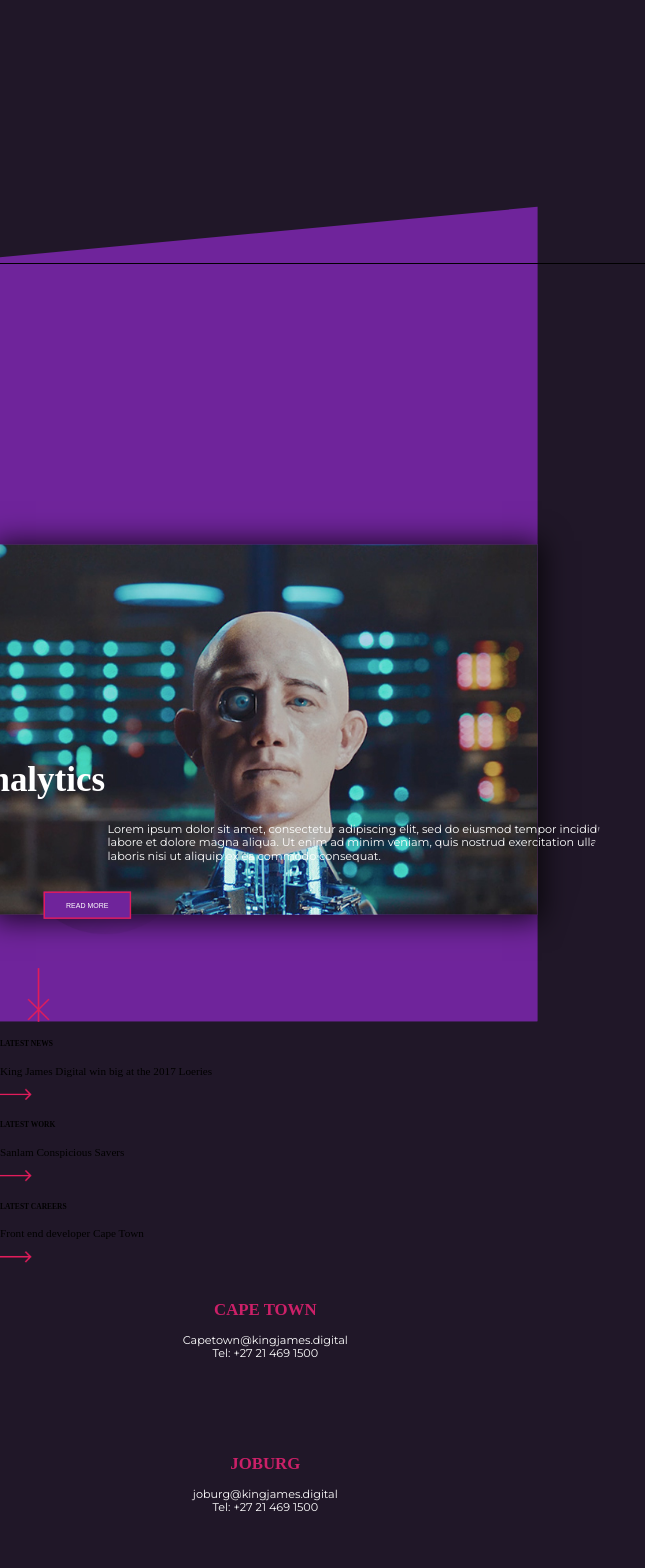
Repository: Ajtheult/King-James-Site
Page: index.html
The author's editor kept a copy of each file at every save. The page is drawn from the files as they stood at one save, then again after the next save.
The browser window is 768 px wide. The page is 922 px wide, then 768 px, so the pictures cover 922 px, including what lies to the right of the window. The pictures show the part of the page from y = 2528 to 4768 px (the page is 5216 px tall), at 70% of full size.
The style sheet was rebuilt from its Sass, Less or Tailwind sources for each picture, by a compiler version that may differ from the author's.

Above is the page before, as saved 2020-08-24 14:40:24.

### index.html
<!DOCTYPE html>
<html lang="en">
  <head>
    <meta charset="UTF-8" />
    <meta name="viewport" content="width=device-width, initial-scale=1.0" />
    <!-- Font Awesome -->
    <link
      rel="stylesheet"
      href="https://use.fontawesome.com/releases/v5.7.2/css/all.css"
      integrity="sha384-fnmOCqbTlWIlj8LyTjo7mOUStjsKC4pOpQbqyi7RrhN7udi9RwhKkMHpvLbHG9Sr"
      crossorigin="anonymous"
    />
    <!-- Font Awesome -->
    <!-- Fonts -->
    <link
      href="https://fonts.googleapis.com/css2?family=Playfair+Display&display=swap"
      rel="stylesheet"
    />
    <link
      href="https://fonts.googleapis.com/css2?family=Montserrat&display=swap"
      rel="stylesheet"
    />
    <!-- Fonts -->
    <link rel="stylesheet" href="./styling/index.css" />
    <title>King James</title>
  </head>
  <body>
    <!-- Sidenav -->
    <div id="mySidebar" class="sidebar">
      <a href="#" class="closebtn" onclick="closeNav()">×</a>
      <a href="#">About</a>
      <a href="#">Services</a>
      <a href="#">Clients</a>
      <a href="#">Contact</a>
    </div>
    <!-- Sidenav -->
    <div class="box">
      <img
        src="./kjd-fontend-test-files/menu.png"
        class="move_icon"
        onclick="openNav()"
        alt="menu"
      />
      <img
        src="./kjd-fontend-test-files/kjd-assets/kjd-logo.png"
        alt="img"
        class="heading"
      />
      <img
        src="./kjd-fontend-test-files/kjd-assets/arrow-down.png"
        alt=""
        srcset=""
        class="white_arrow"
      />
    </div>

    <div class="box_two">
      <div>
        We offer an interconnected set of services to help our clients respond
        to the disruptions and seize the opportunities of the digital age.
        <button type="button">ABOUT US</button>
        <img
          src="./kjd-fontend-test-files/kjd-assets/arrow-right.png"
          alt="arrow"
          class="arrow_by_button"
        />
      </div>
    </div>
    <!-- Second section -->
    <div class="box_three">
      <img
        src="./kjd-fontend-test-files/kjd-assets/missing.png"
        alt="cross"
        class="move_cross"
      />
      <div class="text-box">
        <h1 class="title">Advertising communications</h1>
        <p>
          Lorem ipsum dolor sit amet, consectetur adipiscing elit, sed do
          eiusmod tempor incididunt ut labore et dolore magna aliqua. Ut enim ad
          minim veniam, quis nostrud exercitation ullamco laboris nisi ut
          aliquip ex ea commodo consequat.
        </p>
        <button type="button">READ MORE</button>
        <img
          src="./kjd-fontend-test-files/kjd-assets/arrow-right.png"
          alt="arrow"
          class="arrow_by_button"
        />
      </div>
      <img
        src="./kjd-fontend-test-files/kjd-assets/hex-gradient.png"
        alt="hex"
        class="move_hex"
      />
      <img
        src="./kjd-fontend-test-files/kjd-assets/arrow-glyph.png"
        alt="arrow"
        class="cross_arrow"
      />
      <img
        src="./kjd-fontend-test-files/kjd-assets/image-slider-1.jpg"
        alt="people"
        class="people"
      />
      <img
        src="./kjd-fontend-test-files/kjd-assets/glyph.png"
        alt="squiggle"
        class="squiggle"
      />
    </div>
    <div class="box_four">
      <img
        src="./kjd-fontend-test-files/kjd-assets/circle-gradient.png"
        alt="circle"
        class="circle"
      />
      <img
        src="./kjd-fontend-test-files/kjd-assets/image-slider-2.jpg"
        alt="robot"
        class="robot"
      />
      <div class="text-box-2">
        <h1 class="title_of_robot">Data analytics</h1>
        <p>
          Lorem ipsum dolor sit amet, consectetur adipiscing elit, sed do
          eiusmod tempor incididunt ut labore et dolore magna aliqua. Ut enim ad
          minim veniam, quis nostrud exercitation ullamco laboris nisi ut
          aliquip ex ea commodo consequat.
        </p>
        <button type="button">READ MORE</button>
        <img
          src="./kjd-fontend-test-files/kjd-assets/arrow-right.png"
          alt="arrow"
          class="arrow_by_button"
        />
      </div>
      <img
        src="./kjd-fontend-test-files/kjd-assets/arrow-glyph-2.png"
        alt="arrowtwo"
        class="arrow_with_cross"
      />
    </div>
    <div class="box_five">
      <div class="grid-container">
        <div class="grid-item num_one">
          <h6>LATEST NEWS</h6>
          <p>King James Digital win big at the 2017 Loeries</p>
          <img
            src="./kjd-fontend-test-files/kjd-assets/arrow-right.png"
            alt="right_arrow"
            class="first_arrow"
          />
        </div>
        <div class="grid-item num_two">
          <h6>LATEST WORK</h6>
          <p>
            Sanlam Conspicious Savers
          </p>
          <img
            src="./kjd-fontend-test-files/kjd-assets/arrow-right.png"
            alt="right_arrow"
            class="second_arrow"
          />
        </div>
        <div class="grid-item num_three">
          <h6>LATEST CAREERS</h6>
          <p>Front end developer Cape Town</p>
          <img
            src="./kjd-fontend-test-files/kjd-assets/arrow-right.png"
            alt="right_arrow"
            class="third_arrow"
          />
        </div>
      </div>
    </div>
    <footer class="box_six">
      <div class="grid-container">
        <div class="grid-item num_one_two">
          <h2>CAPE TOWN</h2>
          <p>
            Capetown@kingjames.digital <br />
            Tel: +27 21 469 1500
          </p>
        </div>
        <div class="grid-item num_two_two">
          <h2>JOBURG</h2>
          <p>
            joburg@kingjames.digital <br />
            Tel: +27 21 469 1500
          </p>
        </div>
        <div class="grid-item num_three_two">
          <h2>MEDIA & DATA</h2>
          <p>
            mediaanddata@kingjames.digital <br />
            Tel: +27 21 469 1500
          </p>
        </div>
        <div class="grid-item num_four_two">
          <h2>CONNECT</h2>
          <p>
            Twitter <br />
            Facebook
          </p>
        </div>
      </div>
    </footer>

    <script src="./index.js"></script>
  </body>
</html>

### index.js
function openNav() {
  document.getElementById("mySidebar").style.width = "200px";
}

function closeNav() {
  document.getElementById("mySidebar").style.width = "0";
}

### styling/index.scss
body {
  margin: 0;
  padding: 0;
  background-color: rgb(32, 23, 40);
}

// .box {
//   background-image: url(../kjd-fontend-test-files/kjd-assets/hearo-top.jpg);
//   background-position: center;
//   background-size: cover;
//   height: 120vh;
//   clip-path: polygon(0 0, 100% 0%, 100% 100%, 0 92%);
//   .heading {
//     color: black;
//     position: absolute;
//     top: 50%;
//     left: 50%;
//     transform: translate(-50%, -50%);
//     text-align: center;
//   }
//   .move_icon {
//     margin-left: 97%;
//     margin-top: 0.5%;
//     width: 30px;
//     height: 30px;
//   }
//   .white_arrow {
//     top: 95%;
//     left: 50%;
//     transform: translate(-50%, -50%);
//     position: absolute;
//   }
// }

// .box_two {
//   background-color: rgb(111, 36, 155);
//   height: 50%;
//   width: 70%;
//   position: absolute;
//   top: 68%;
//   left: 50%;
//   transform: translate(-50%, -50%);
//   margin-top: 420px;
//   clip-path: polygon(0 0, 100% 0, 100% 87%, 0% 100%);
//   div {
//     font-size: 265%;
//     font-family: "Playfair Display", serif;
//     text-align: center;
//     color: white;
//     margin-top: 2%;
//     position: absolute;
//     padding-left: 15%;
//     padding-right: 15%;
//   }
//   button {
//     border: 2px solid rgb(225, 28, 91);
//     background-color: rgb(111, 36, 155);
//     color: white;
//     padding: 12px 30px;
//     font-size: 10px;
//     position: absolute;
//     transform: translate(-300%, 200%);
//     animation-name: about-btn;
//     animation-duration: 2s;
//     animation-iteration-count: infinite;
//   }
//   .arrow_by_button {
//     transform: translate(-550%, 360%);
//   }
// }

// @keyframes about-btn {
//   from {
//     background-color: rgb(111, 36, 155);
//     border: 2px solid rgb(225, 28, 91);
//     color: white;
//   }
//   to {
//     background-color: rgb(225, 28, 91);
//     border: 2px solid rgb(111, 36, 155);
//     color: black;
//   }
// }

// .box_three {
//   margin-top: 50%;
//   .move_cross {
//     position: absolute;
//     top: 170%;
//     left: 50%;
//     transform: translate(-50%, -50%);
//     z-index: -1;
//   }
//   .move_hex {
//     transform: translate(90%, -125%);
//     z-index: -1;
//   }
//   .people {
//     transform: translate(20%, -102%);
//   }
//   .squiggle {
//     transform: translate(20%, -720%);
//   }
//   .cross_arrow {
//     transform: translate(50%, -300%);
//   }
//   .text-box {
//     transform: translate(95%, -55%);
//     width: 20%;
//     z-index: 1;
//     .title {
//       font-size: 350%;
//       color: white;
//     }
//     p {
//       color: white;
//       font-family: "Montserrat", sans-serif;
//     }
//     button {
//       border: 2px solid rgb(225, 28, 91);
//       background-color: rgb(32, 23, 40);
//       color: white;
//       padding: 12px 30px;
//       font-size: 10px;
//       position: absolute;
//       transform: translate(0%, 50%);
//     }
//     .arrow_by_button {
//       transform: translate(240%, 190%);
//     }
//   }
// }

// .box_four {
//   height: 150vh;
//   background-color: rgb(111, 36, 155);
//   margin-top: -100px;
//   clip-path: polygon(0 9%, 150% 0%, 100% 100%, 0% 100%);
//   .circle {
//     position: absolute;
//     transform: translate(130%, 55%);
//   }
//   .robot {
//     transform: translate(30%, 85%);
//     -webkit-box-shadow: -1px 2px 38px 7px rgba(0, 0, 0, 0.75);
//     -moz-box-shadow: -1px 2px 38px 7px rgba(0, 0, 0, 0.75);
//     box-shadow: -1px 2px 38px 7px rgba(0, 0, 0, 0.75);
//   }
//   .text-box-2 {
//     transform: translate(300%, -40%);
//     width: 20%;

//     .title_of_robot {
//       font-size: 312%;
//       color: white;
//       transform: translate(-20%, 10%);
//     }
//     p {
//       color: white;
//       font-family: "Montserrat", sans-serif;
//       transform: translate(20%, 10%);
//     }
//     button {
//       border: 2px solid rgb(225, 28, 91);
//       background-color: rgb(111, 36, 155);
//       color: white;
//       padding: 12px 30px;
//       font-size: 10px;
//       position: absolute;
//       transform: translate(50%, 80%);
//     }
//     .arrow_by_button {
//       transform: translate(380%, 250%);
//     }
//   }
//   .arrow_with_cross {
//     float: right;
//     transform: translate(-2250%, 95%);
//   }
// }

// .box_five {
//   height: 70vh;
//   background-color: white;
//   .grid-container {
//     display: grid;
//     grid-column-gap: 50px;
//     grid-template-columns: auto auto auto;
//     padding-top: 100px;
//     padding-left: 50px;
//     padding-right: 50px;
//     .grid-item {
//       height: 300px;
//       text-align: center;
//       background-position: center;
//       background-size: cover;
//       h6 {
//         color: rgb(204, 32, 104);
//         text-align: left;
//         padding-left: 3%;
//         font-family: "Gruppo", cursive;
//       }
//       p {
//         color: white;
//         font-size: 250%;
//         width: 90%;
//         text-align: left;
//         padding-left: 3%;
//       }
//     }
//     .num_one {
//       background-image: url(../kjd-fontend-test-files/kjd-assets/bg-square-gradient.png);
//       .first_arrow {
//         transform: translate(370%, 30%);
//       }
//     }
//     .num_two {
//       background-image: url(../kjd-fontend-test-files/kjd-assets/bg-rectangle-gradient.png);
//       .second_arrow {
//         transform: translate(400%, 300%);
//       }
//     }
//     .num_three {
//       background-image: url(../kjd-fontend-test-files/kjd-assets/bg-circle-gradient.png);
//       .third_arrow {
//         transform: translate(400%, 300%);
//       }
//     }
//   }
// }

// .box_six {
//   .grid-container {
//     display: grid;

//     grid-template-columns: 23% 23% 23% 23%;

//     .grid-item {
//       height: 170px;
//       text-align: center;
//       padding: 20px;
//       margin-left: -10px;
//       margin-top: 10px;

//       h2 {
//         color: rgb(204, 32, 104);
//         text-align: left;
//         padding-left: 3%;
//       }
//       p {
//         color: white;
//         font-size: 100%;
//         width: 90%;
//         text-align: left;
//         padding-left: 3%;
//         font-family: "Montserrat", sans-serif;
//       }
//     }
//   }
// }

// Sidenav
.sidebar {
  height: 100%;
  width: 0;
  position: fixed;
  z-index: 1;
  top: 0;
  left: 0;
  background-color: rgb(0, 125, 174);
  overflow: hidden;
  transition: 0.5s;
  padding-top: 60px;
  a {
    padding: 8px 8px 8px 32px;
    text-decoration: none;
    font-size: 25px;
    color: #f1f1f1;
    display: block;
    transition: 0.3s;
  }
  a:hover {
    color: black;
  }
  .closebtn {
    position: absolute;
    top: 0;
    right: 25px;
    font-size: 36px;
    margin-left: 50px;
  }
}

/* On smaller screens, where height is less than 450px, change the style of the sidenav (less padding and a smaller font size) */
@media screen and (max-height: 450px) {
  .sidebar {
    padding-top: 15px;
  }
  .sidebar a {
    font-size: 18px;
  }
}

// Mobile
@media (max-width: 910px) {
  .box {
    background-image: url(../kjd-fontend-test-files/kjd-assets/hearo-top.jpg);
    background-position: center;
    background-size: cover;
    height: 120vh;
    clip-path: polygon(0 0, 100% 0, 100% 100%, 0 89%);
    .heading {
      color: black;
      position: absolute;
      top: 50%;
      left: 50%;
      transform: translate(-50%, -50%);
      text-align: center;
    }
    .move_icon {
      color: white;
      margin-left: 93%;
      margin-top: 1%;
      width: 30px;
      height: 30px;
    }
    .white_arrow {
      top: 93%;
      left: 50%;
      transform: translate(-50%, -50%);
      position: absolute;
    }
  }
  .box_two {
    background-color: rgb(111, 36, 155);
    height: 50%;
    width: 70%;
    position: absolute;
    top: 62%;
    left: 50%;
    transform: translate(-50%, -50%);
    margin-top: 420px;
    clip-path: polygon(0 0, 100% 0, 100% 87%, 0% 100%);
    div {
      font-size: 147%;
      font-family: "Playfair Display", serif;
      text-align: center;
      color: white;
      margin-top: 5%;
      position: absolute;
      padding-left: 5%;
      padding-right: 5%;
    }
    button {
      border: 2px solid rgb(225, 28, 91);
      background-color: rgb(111, 36, 155);
      color: white;
      padding: 12px 30px;
      font-size: 10px;
      position: absolute;
      transform: translate(-100%, 200%);
    }
    .arrow_by_button {
      transform: translate(-30%, 490%);
    }
  }
  // Box 3
  .box_three {
    margin-top: 800px;
    .move_cross {
      position: absolute;
      top: 160%;
      left: 50%;
      transform: translate(-50%, -50%);
      z-index: -1;
    }
    .move_hex {
      transform: translate(50%, 20%);
      width: 50%;
      height: 50%;
    }
    .people {
      transform: translate(0%, -180%);
      width: 100%;
      height: 100%;
    }
    .squiggle {
      transform: translate(-30%, -860%);
      float: right;
    }
    .cross_arrow {
      position: absolute;
      transform: translate(-50%, 100%);
    }
    .text-box {
      transform: translate(0%, -230%);
      text-align: center;
      padding-left: 5%;
      padding-right: 5%;
      .title {
        font-size: 200%;
        color: white;
      }
      p {
        color: white;
        font-family: "Montserrat", sans-serif;
      }
      button {
        border: 2px solid rgb(225, 28, 91);
        background-color: rgb(32, 23, 40);
        color: white;
        padding: 12px 30px;
        font-size: 10px;
        position: absolute;
        transform: translate(-20%, 50%);
      }
      .arrow_by_button {
        transform: translate(180%, 180%);
      }
    }
  }

  .box_four {
    height: 150vh;
    background-color: rgb(111, 36, 155);
    margin-top: -100px;
    clip-path: polygon(0 9%, 150% 0%, 100% 100%, 0% 100%);
    .circle {
      width: 250px;
      height: 250px;
      transform: translate(10%, 330%);
    }
    .robot {
      transform: translate(0%, 50%);
      width: 100%;
      -webkit-box-shadow: -1px 2px 38px 7px rgba(0, 0, 0, 0.75);
      -moz-box-shadow: -1px 2px 38px 7px rgba(0, 0, 0, 0.75);
      box-shadow: -1px 2px 38px 7px rgba(0, 0, 0, 0.75);
    }
    .text-box-2 {
      .title_of_robot {
        font-size: 312%;
        color: white;
        transform: translate(-20%, 10%);
      }
      p {
        color: white;
        font-family: "Montserrat", sans-serif;
        transform: translate(20%, 10%);
      }
      button {
        border: 2px solid rgb(225, 28, 91);
        background-color: rgb(111, 36, 155);
        color: white;
        padding: 12px 30px;
        font-size: 10px;
        position: absolute;
        transform: translate(50%, 80%);
      }
      .arrow_by_button {
        // transform: translate(380%, 250%);
      }
    }
    .arrow_with_cross {
      float: right;
      transform: translate(-2250%, 95%);
    }
  }

  // .box_five {
  //   height: 70vh;
  //   background-color: white;
  //   .grid-container {
  //     display: grid;
  //     grid-column-gap: 50px;
  //     grid-template-columns: auto auto auto;
  //     padding-top: 100px;
  //     padding-left: 50px;
  //     padding-right: 50px;
  //     .grid-item {
  //       height: 300px;
  //       text-align: center;
  //       background-position: center;
  //       background-size: cover;
  //       h6 {
  //         color: rgb(204, 32, 104);
  //         text-align: left;
  //         padding-left: 3%;
  //         font-family: "Gruppo", cursive;
  //       }
  //       p {
  //         color: white;
  //         font-size: 250%;
  //         width: 90%;
  //         text-align: left;
  //         padding-left: 3%;
  //       }
  //     }
  //     .num_one {
  //       background-image: url(../kjd-fontend-test-files/kjd-assets/bg-square-gradient.png);
  //       .first_arrow {
  //         transform: translate(370%, 30%);
  //       }
  //     }
  //     .num_two {
  //       background-image: url(../kjd-fontend-test-files/kjd-assets/bg-rectangle-gradient.png);
  //       .second_arrow {
  //         transform: translate(400%, 300%);
  //       }
  //     }
  //     .num_three {
  //       background-image: url(../kjd-fontend-test-files/kjd-assets/bg-circle-gradient.png);
  //       .third_arrow {
  //         // transform: translate(400%, 300%);
  //       }
  //     }
  //   }
  // }

  .box_six {
    .grid-container {
      grid-template-columns: 23% 23% 23% 23%;

      .grid-item {
        height: 170px;
        text-align: center;
        padding: 20px;
        margin-left: -10px;
        margin-top: 10px;

        h2 {
          color: rgb(204, 32, 104);
          text-align: center;
        }
        p {
          color: white;
          font-size: 100%;

          text-align: center;

          font-family: "Montserrat", sans-serif;
        }
      }
    }
  }
}

After the next save:
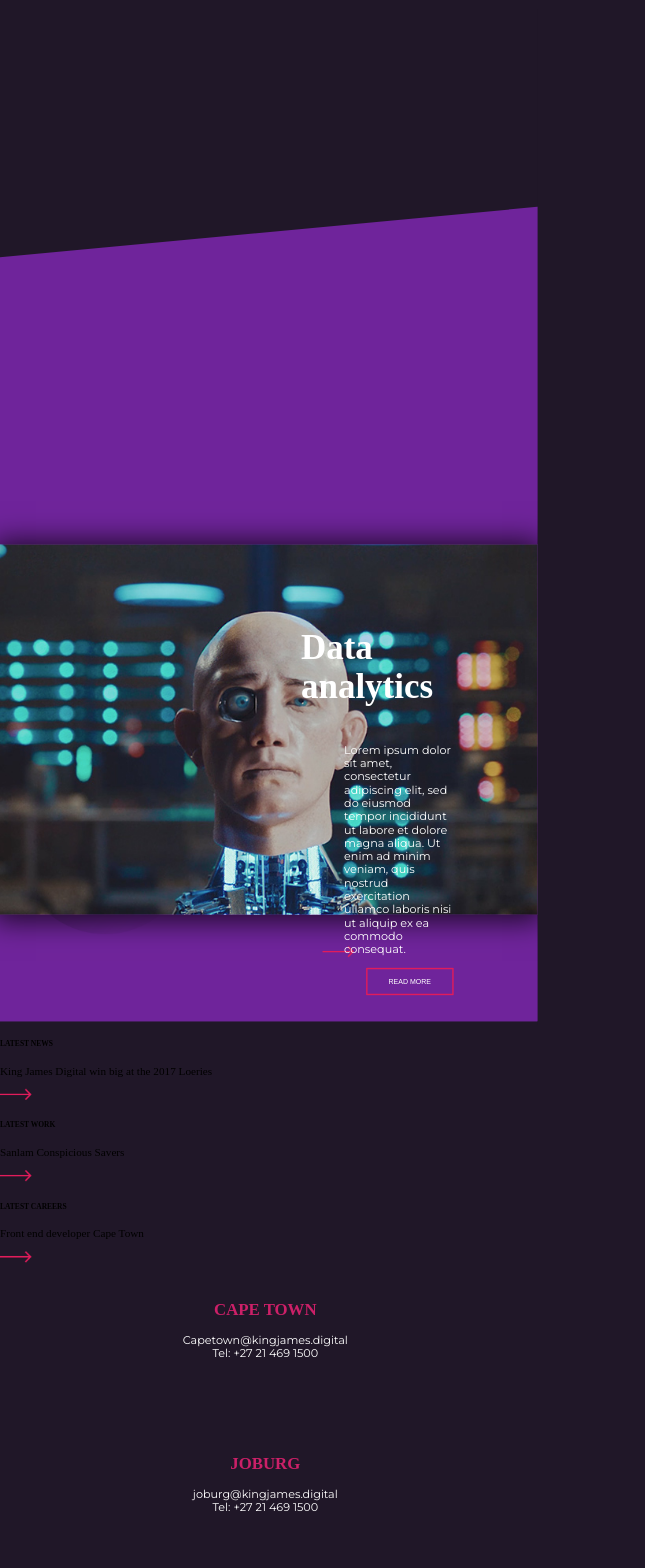
Saved 34 s later.
--- a/styling/index.scss
+++ b/styling/index.scss
@@ -438,6 +438,9 @@
       box-shadow: -1px 2px 38px 7px rgba(0, 0, 0, 0.75);
     }
     .text-box-2 {
+      transform: translate(300%, -40%);
+      width: 20%;
+
       .title_of_robot {
         font-size: 312%;
         color: white;
